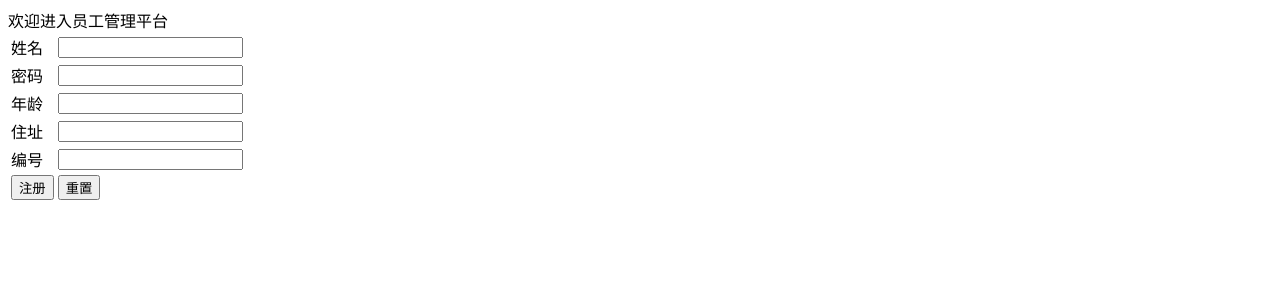
Repository: lgh06/myclass
Page: http://localhost/stuff/register.jsp
An editor plug-in stored every save of this project. The page is shown before and after the next save, followed by the edit.
The browser window is 1280 px wide. The pictures show the whole page.
The page is served by Tomcat 9. Other server files are loaded and not shown.

Above is the page before, as saved 2014-03-21 08:38:13.

### stuff/WebRoot/WEB-INF/classes/struts.xml
<?xml version="1.0" encoding="UTF-8"?>
<!DOCTYPE struts PUBLIC
    "-//Apache Software Foundation//DTD Struts Configuration 2.3//EN"
    "http://struts.apache.org/dtds/struts-2.3.dtd">
<struts>
	<package name="loginPackage" extends="struts-default">
		<action name="login" class="com.lgh.action.LoginAction" method="login">
			<result name="success">loginSuccess.jsp</result>
			<result name="error">loginFail.jsp</result>
		</action>
		<action name="register" class="com.lgh.action.RegisterAction" method="login">
			<result name="success">query.jsp</result>
			<result name="error">register.jsp</result>
		</action>
	</package>
</struts>

### stuff/WebRoot/register.jsp
<%@ page language="java" import="java.util.*" pageEncoding="UTF-8"%>
<%
String path = request.getContextPath();
String basePath = request.getScheme()+"://"+request.getServerName()+":"+request.getServerPort()+path+"/";
%>

<!DOCTYPE HTML PUBLIC "-//W3C//DTD HTML 4.01 Transitional//EN">
<html>
  <head>
    <base href="<%=basePath%>">

    <title>My JSP 'index.jsp' starting page</title>
	<meta http-equiv="pragma" content="no-cache">
	<meta http-equiv="cache-control" content="no-cache">
	<meta http-equiv="expires" content="0">
	<meta http-equiv="keywords" content="keyword1,keyword2,keyword3">
	<meta http-equiv="description" content="This is my page">
	<!--
	<link rel="stylesheet" type="text/css" href="styles.css">
	-->
  </head>

  <body>
    欢迎进入员工管理平台<br>
    <form action="register" method="post">
    <table>
   <tr><td>姓名</td><td><input type="text" name="employeeName" /></td></tr>
   <tr><td>密码</td><td><input type="text" name="employeePassword" /></td></tr>
   <tr><td>年龄</td><td><input type="text" name="employeeAge" /></td></tr>
   <tr><td>住址</td><td><input type="text" name="employeeAddress" /></td></tr>
   <tr><td>编号</td><td><input type="text" name="employeeDeptId" /></td></tr>
   <tr><td><input type="submit" value="注册" /></td><td><input type="reset" value="重置" /></td></tr>

    </table>
    </form>

  </body>
</html>

After the next save:
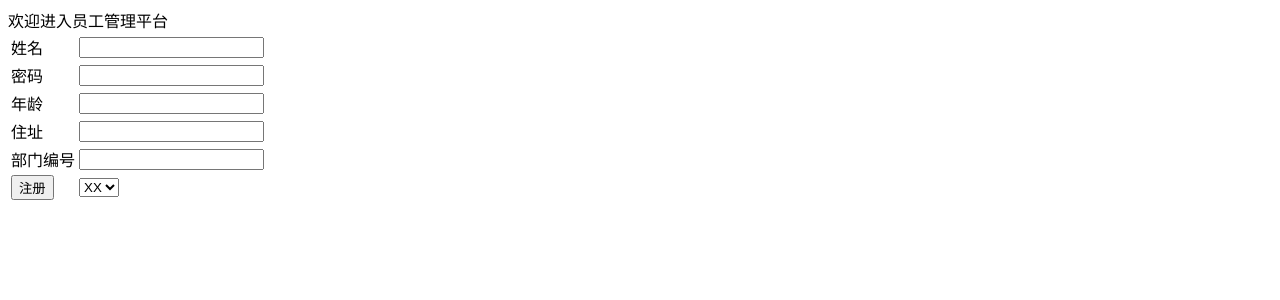
Saved 8 min 7 s later.
--- a/stuff/WebRoot/register.jsp
+++ b/stuff/WebRoot/register.jsp
@@ -28,8 +28,13 @@ String basePath = request.getScheme()+"://"+request.getServerName()+":"+request.
    <tr><td>密码</td><td><input type="text" name="employeePassword" /></td></tr>
    <tr><td>年龄</td><td><input type="text" name="employeeAge" /></td></tr>
    <tr><td>住址</td><td><input type="text" name="employeeAddress" /></td></tr>
-   <tr><td>编号</td><td><input type="text" name="employeeDeptId" /></td></tr>
-   <tr><td><input type="submit" value="注册" /></td><td><input type="reset" value="重置" /></td></tr>
+   <tr><td>部门编号</td><td><input type="text" name="employeeDeptId" /></td></tr>
+   <tr><td><input type="submit" value="注册" /></td><td><select>
+
+   <option value="">XX</option>
+   <option value="">XX</option>
+
+   </select></td></tr>
 
     </table>
     </form>
